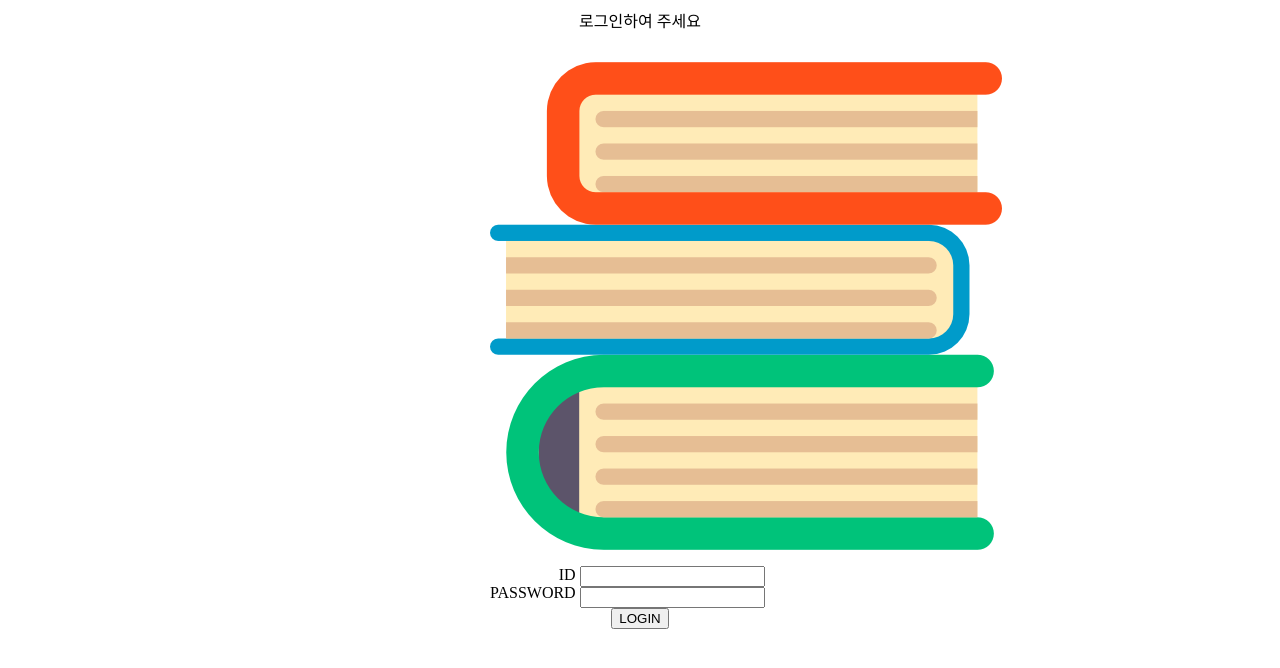
Repository: Minnaldo/Dev
Page: BackEnd/Eworkspace/ws_0911/WebContent/Login.html
The author's editor kept a copy of each file at every save. The page is drawn from the files as they stood at one save, then again after the next save.
The browser window is 1280 px wide. The pictures show the whole page.

Above is the page before, as saved 2019-09-13 05:14:16.

After the next save:
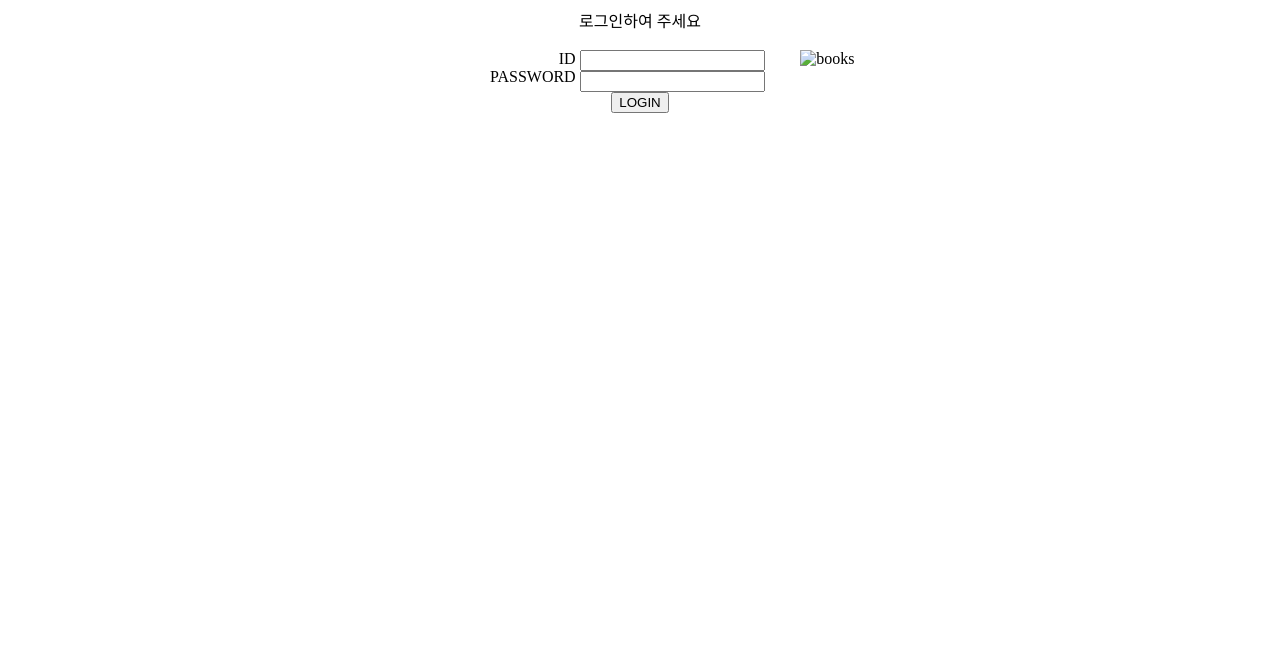
Saved 38 s later.
--- a/BackEnd/Eworkspace/ws_0911/WebContent/Login.html
+++ b/BackEnd/Eworkspace/ws_0911/WebContent/Login.html
@@ -41,7 +41,7 @@
 			<div >로그인하여 주세요</div>
 			<br>
 			<div style="display: inline-block; width: 400px; margin-left: 100px">
-			<img src="./images/books.png" alt="books">
+			<img src=""./images/books.png"./images/books.png" alt="books">
 			<div style='float: left;'>
 				<td>
 				<div style="text-align : right;" >ID&nbsp; </div>

After the save that followed:
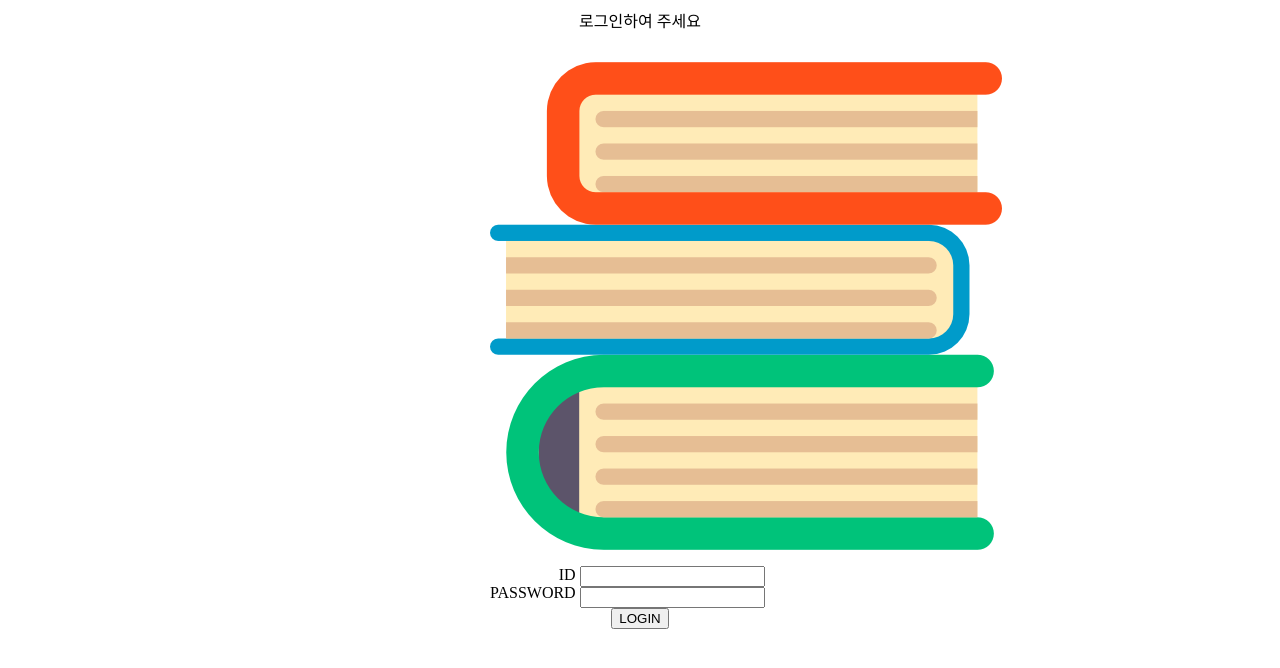
Saved 6 s later.
--- a/BackEnd/Eworkspace/ws_0911/WebContent/Login.html
+++ b/BackEnd/Eworkspace/ws_0911/WebContent/Login.html
@@ -41,7 +41,7 @@
 			<div >로그인하여 주세요</div>
 			<br>
 			<div style="display: inline-block; width: 400px; margin-left: 100px">
-			<img src=""./images/books.png"./images/books.png" alt="books">
+			<img src="./images/books.png" alt="books">
 			<div style='float: left;'>
 				<td>
 				<div style="text-align : right;" >ID&nbsp; </div>
